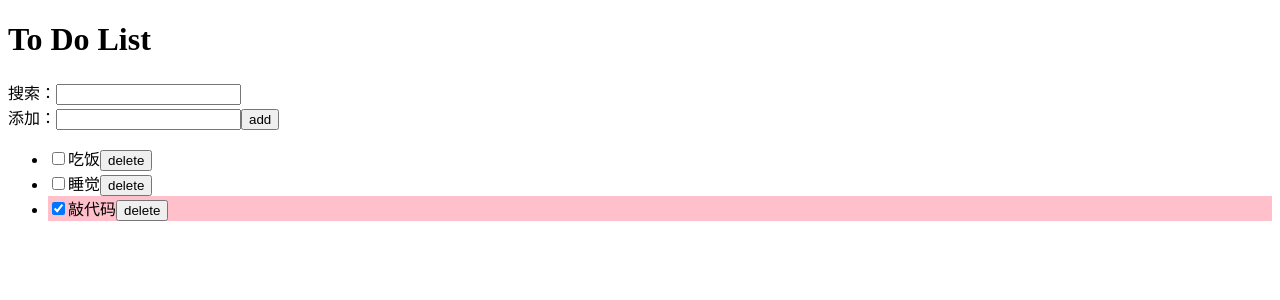
Repository: wanghuitingg/react
Page: 15_todolist.html
An editor plug-in stored every save of this project. The page is shown before and after a run of saves, followed by the edit.
The browser window is 1280 px wide. The pictures show the whole page.

Above is the page before, as saved 2022-04-21 15:41:22.

### 15_todolist.html
<!DOCTYPE html>
<html lang="en">

<head>
    <meta charset="UTF-8">
    <meta http-equiv="X-UA-Compatible" content="IE=edge">
    <meta name="viewport" content="width=device-width, initial-scale=1.0">
    <title>Document</title>
    <style>
        /* 被选中时显示css */
        .active {
            background: pink;
        }
    </style>
</head>

<body>
    <div id="app"></div>

    <script src="./babel.min.js"></script>
    <script src="./react.development.js"></script>
    <script src="./react-dom.development.js"></script>

    <script type="text/babel">
        // 主组件
        class Main extends React.Component{
            constructor(){
                super()

                this.state = {
                    list:[
                        {
                            id:1,
                            name:"吃饭",
                            // 判断是否为true，为true时添加.active属性
                            isActive:false
                        },
                        {
                            id:2,
                            name:"睡觉",
                            isActive:false
                        },{
                            id:3,
                            name:"敲代码",
                            isActive:true
                        }
                    ]
                }

                // 绑定this
                this.add = this.add.bind(this)
            }
            // 向list数组里追加（此方法可以传输子组件使用）
            add(data){
                // 定义一个全新的数组
                let list = [...this.state.list];
                list.push({
                    id:new Date().getTime(), //getTime()获取从1970.1.1至今的毫秒数，不会重复
                    name:data,
                    isActive:false
                })
                this.setState({
                    // list : list
                    list
                })
            }
            render(){
                return(
                    <div>
                        <h1>To Do List</h1>
                        { /* 引入Search组件 */}
                        <Search />
                        {/* 引入Add组件 */}
                        <Add addFun = {this.add}/>
                        {/* 引入List组件 */}
                        <List list={this.state.list} />
                    </div>
                )
            }
        }

        // 搜索组件
        class Search extends React.Component{
            constructor(){
                super()
            }
            render(){
                return(
                    <div>
                        搜索：
                        <input type="text" />
                    </div>
                )
            }
        }

        // 添加组件
        class Add extends React.Component{
            constructor(){
                super()

                this.addHandler = this.addHandler.bind(this)
                // 创建一个ref实例
                this.myInput = React.createRef()
            }

            // 添加功能
            // 获取到input里的value  并且将value里的值间接的追加到list数组里
            addHandler(){
                // 1.获取input中的value
                // this.myInput.current -> input
                console.log(this.myInput.current.value);
                // 2.调用父组件中的add方法并将value里的值传过去
                this.props.addFun(this.myInput.current.value);
                this.myInput.current.value=""
            }
            render(){
                return(
                    <div>
                        添加：
                        <input type="text" ref={this.myInput}/>
                        <button onClick={this.addHandler}>add</button>
                    </div>
                )
            }
        }

        // List组件
        class List extends React.Component{
            constructor(){
                super()
            }
            render(){
                // this.props接收父组件传过来的所有属性，，是对象类型的
                // ｛ list ｝通过解构赋值的方式获取this.props.list
                // console.log(this.props.list);
                let { list } = this.props
                return(
                    <ul>
                        {
                            // 列表渲染
                            list.map(obj =>{
                                return(
                                    // class -> className
                                    <li key={obj.id} className={obj.isActive ? 'active' : ''}>
                                        {/* checkd -> defaultChecked */}
                                        <input type="checkbox" defaultChecked={obj.isActive}/>
                                        <span>{obj.name}</span>
                                        <button>delete</button>
                                    </li>
                                )
                            })
                        }
                    </ul>
                )
            }
        }

        ReactDOM.render(<Main/>,document.querySelector("#app"))
    </script>

</body>

</html>

Loaded but not shown: babel.min.js (library); react-dom.development.js (library); react.development.js (3555 lines, source omitted)

After the next 6 saves:
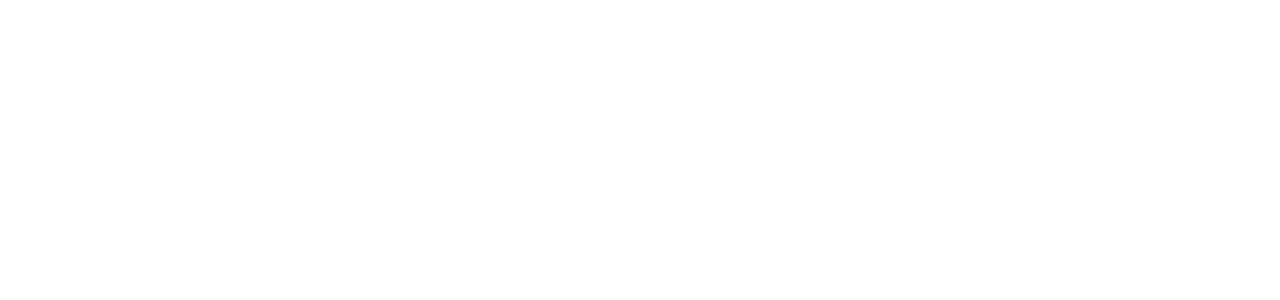
Console error (its wording comes from the project's code and is left out).
The 6 saves are shown as one change because they came seconds apart.
The last was saved 14 min 10 s later.
--- a/15_todolist.html
+++ b/15_todolist.html
@@ -146,7 +146,7 @@
                                         {/* checkd -> defaultChecked */}
                                         <input type="checkbox" defaultChecked={obj.isActive}/>
                                         <span>{obj.name}</span>
-                                        <button>delete</button>
+                                        <button onClick={this.}>delete</button>
                                     </li>
                                 )
                             })

After the 2 saves that followed:
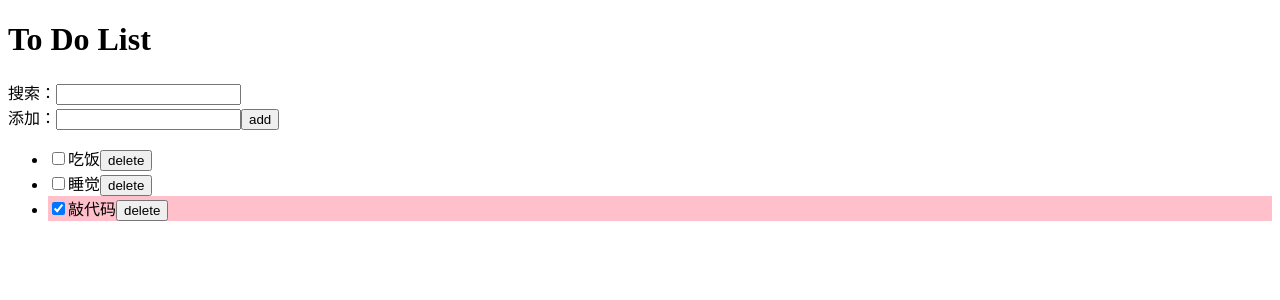
The error is gone.
The 2 saves are shown as one change because they came seconds apart.
The last was saved 78 s later.
--- a/15_todolist.html
+++ b/15_todolist.html
@@ -146,7 +146,7 @@
                                         {/* checkd -> defaultChecked */}
                                         <input type="checkbox" defaultChecked={obj.isActive}/>
                                         <span>{obj.name}</span>
-                                        <button onClick={this.}>delete</button>
+                                        <button onClick={this.delHande}>delete</button>
                                     </li>
                                 )
                             })
